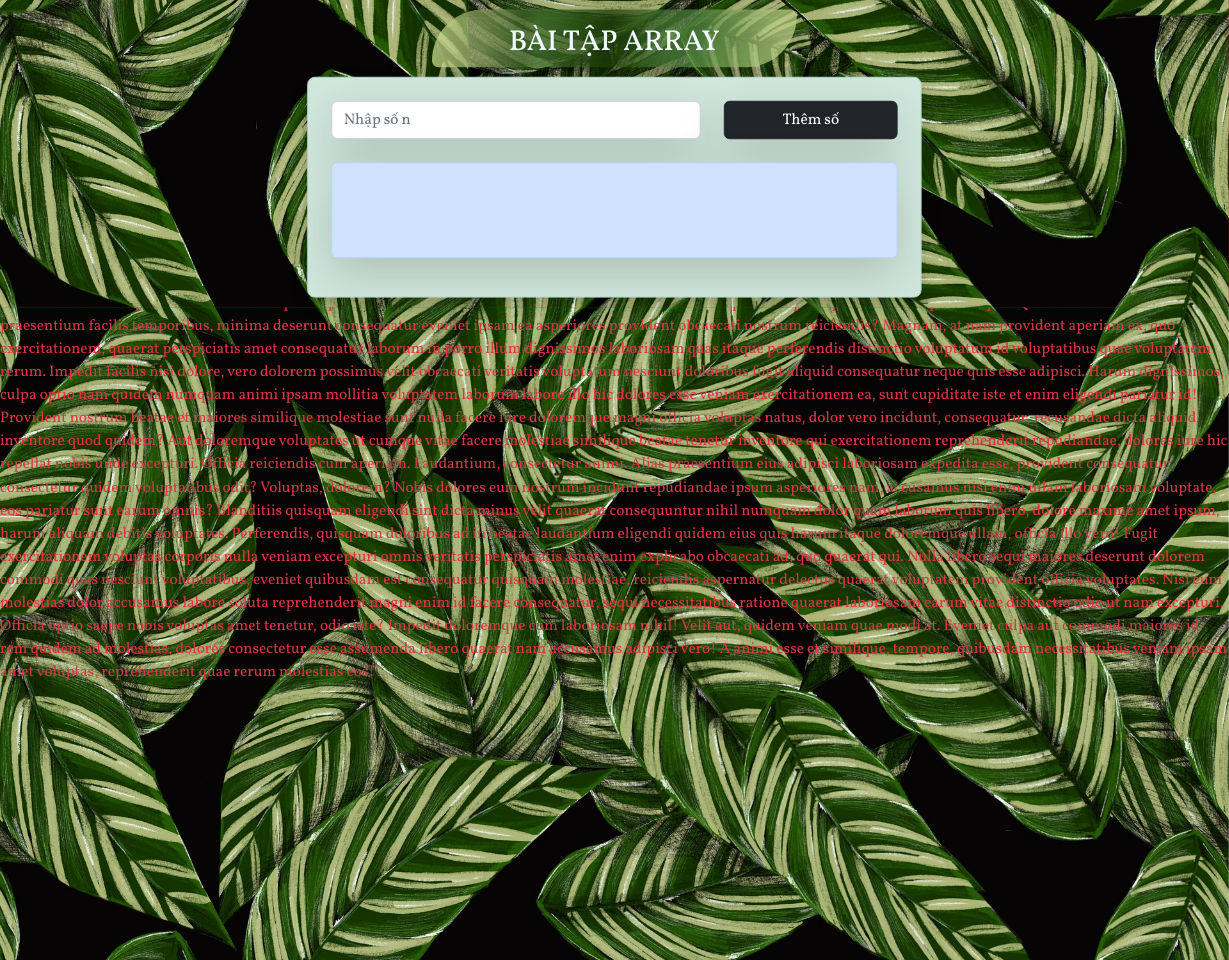
Repository: hcozyph/TranHuuPhuoc_BC43_BT_JS_Buoi7_8_ARRAY
Page: index.html
An editor plug-in stored every save of this project. The page is shown before and after the next save, followed by the edit.
The browser window is 1280 px wide. The pictures show the whole page, at 96% of full size.
Backgrounds fixed to the window are drawn as part of the page.

Above is the page before, as saved 2023-02-21 00:12:53.

After the next save:
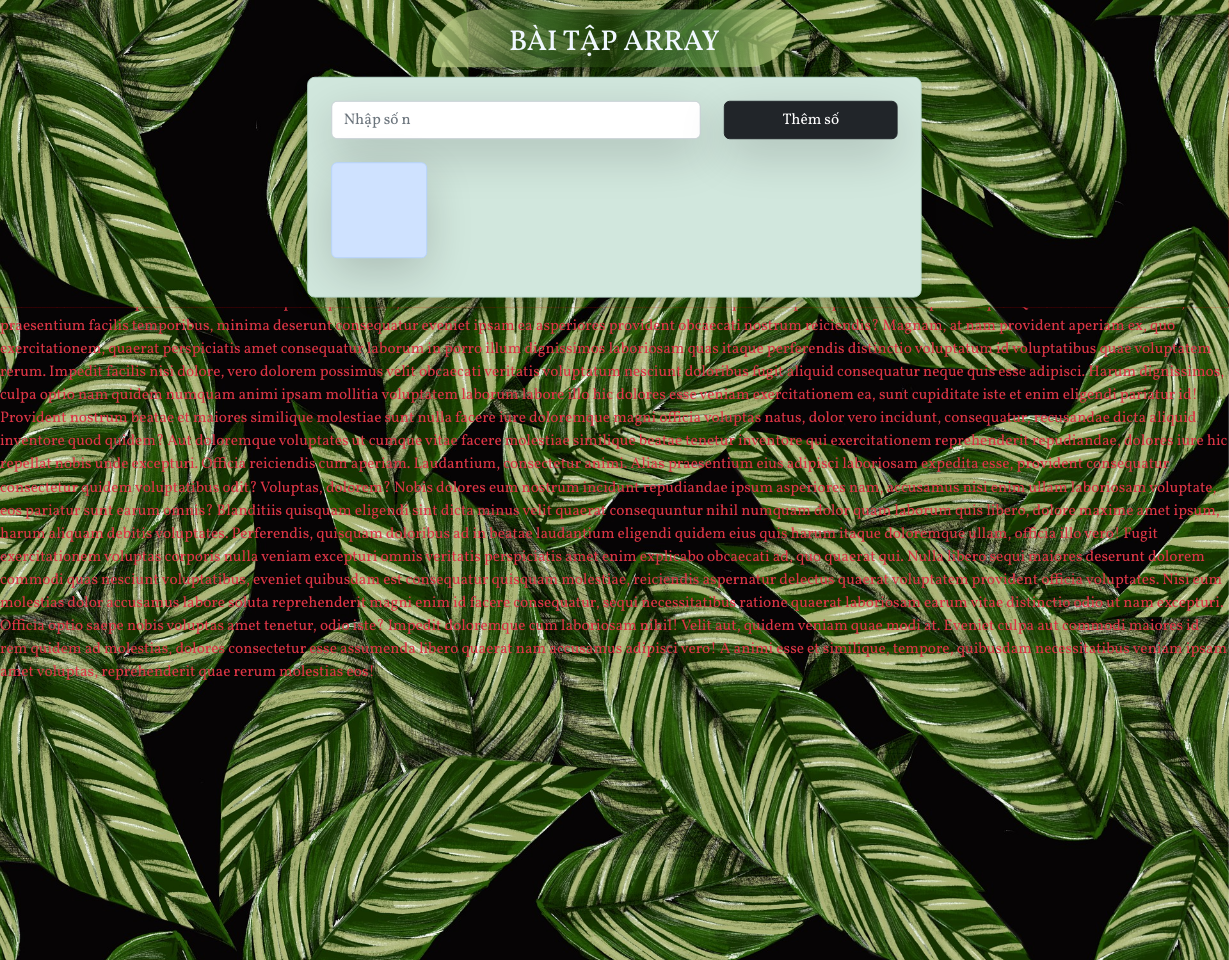
Saved 18 s later.
--- a/index.html
+++ b/index.html
@@ -71,7 +71,11 @@
                             <div
                                 id="user-array"
                                 class="alert alert-primary shadow-lg d-block"
-                                style="overflow: scroll; min-height: 100px"
+                                style="
+                                    overflow: scroll;
+                                    min-height: 100px;
+                                    max-width: 100px;
+                                "
                             ></div>
                         </div>
                     </div>
